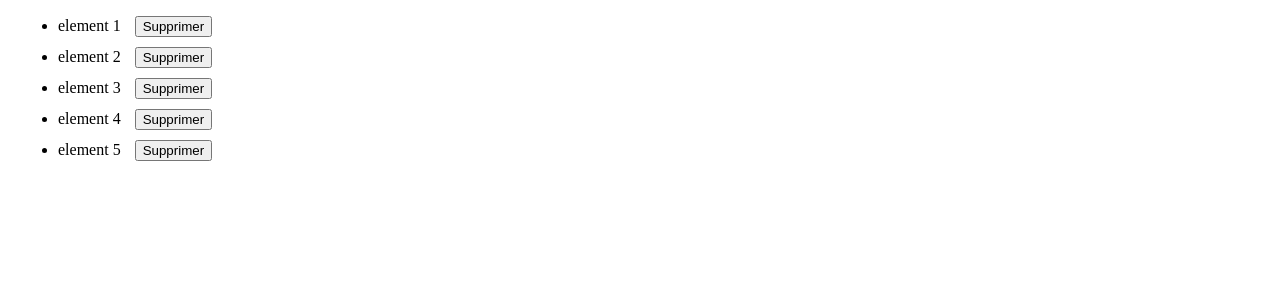
Repository: arione15/Livre_Serrion-Vue.js
Page: liste_ch3.html
The author's editor kept a copy of each file at every save. The page is drawn from the files as they stood at one save, then again after the next save.
The browser window is 1280 px wide. The pictures show the whole page.

Above is the page before, as saved 2021-09-07 15:57:37.

### liste_ch3.html
<!DOCTYPE html>
<html lang="en">

<head>
    <meta charset="UTF-8">
    <meta http-equiv="X-UA-Compatible" content="IE=edge">
    <meta name="viewport" content="width=device-width, initial-scale=1.0">
    <title>Liste</title>
    <script src="https://cdn.jsdelivr.net/npm/vue/dist/vue.js"></script>
</head>

<body>

    <div id="root"></div>

</body>

<script>
    const vm = new Vue({
        el: "div#root",
        template: `
            <div>
                <ul>
                    <li v-for="(element, index) of elements" style="margin:10px;">
                        <span v-if="!element.modifyOn"
                            v-on:dblclick="modifier(element)"> {{ element.text }} </span>
                        <input type="text" v-else style="width:100px;"
                        v-bind:value="element.text"
                        @keyup>

                        <button @click="supprimer(element)" style="margin-left:10px;">Supprimer</button>
                    </li>
                </ul>
                <span v-if="elements.length === 0">La liste est vide !!</span>
            </div>
        `,
        data: {
            elements: [
                { text: "element 1", modifyOn: false },
                { text: "element 2", modifyOn: false },
                { text: "element 3", modifyOn: false },
                { text: "element 4", modifyOn: false },
                { text: "element 5", modifyOn: false },
            ]
        },
        methods: {
            supprimer(elt) {
                this.elements = this.elements.filter(function (element) {
                    return elt !== element;
                })
            },
            modifier(elt) {
                //console.log("Modifier l'élément : " + elt);
                elt.modifyOn = true;
            },
            alider() {
                console.log("yesss!!");
            }
        }
    });

</script>

</html>

After the next save:
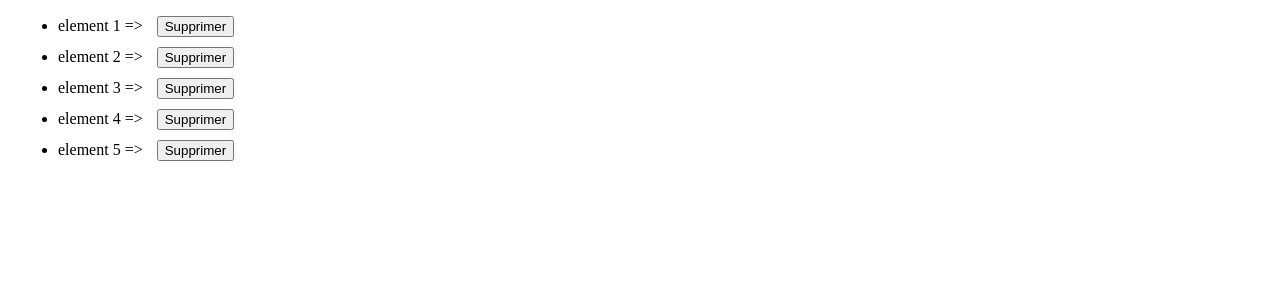
Saved 8 s later.
--- a/liste_ch3.html
+++ b/liste_ch3.html
@@ -26,7 +26,7 @@
                             v-on:dblclick="modifier(element)"> {{ element.text }} </span>
                         <input type="text" v-else style="width:100px;"
                         v-bind:value="element.text"
-                        @keyup>
+                        @keyup =>
 
                         <button @click="supprimer(element)" style="margin-left:10px;">Supprimer</button>
                     </li>
